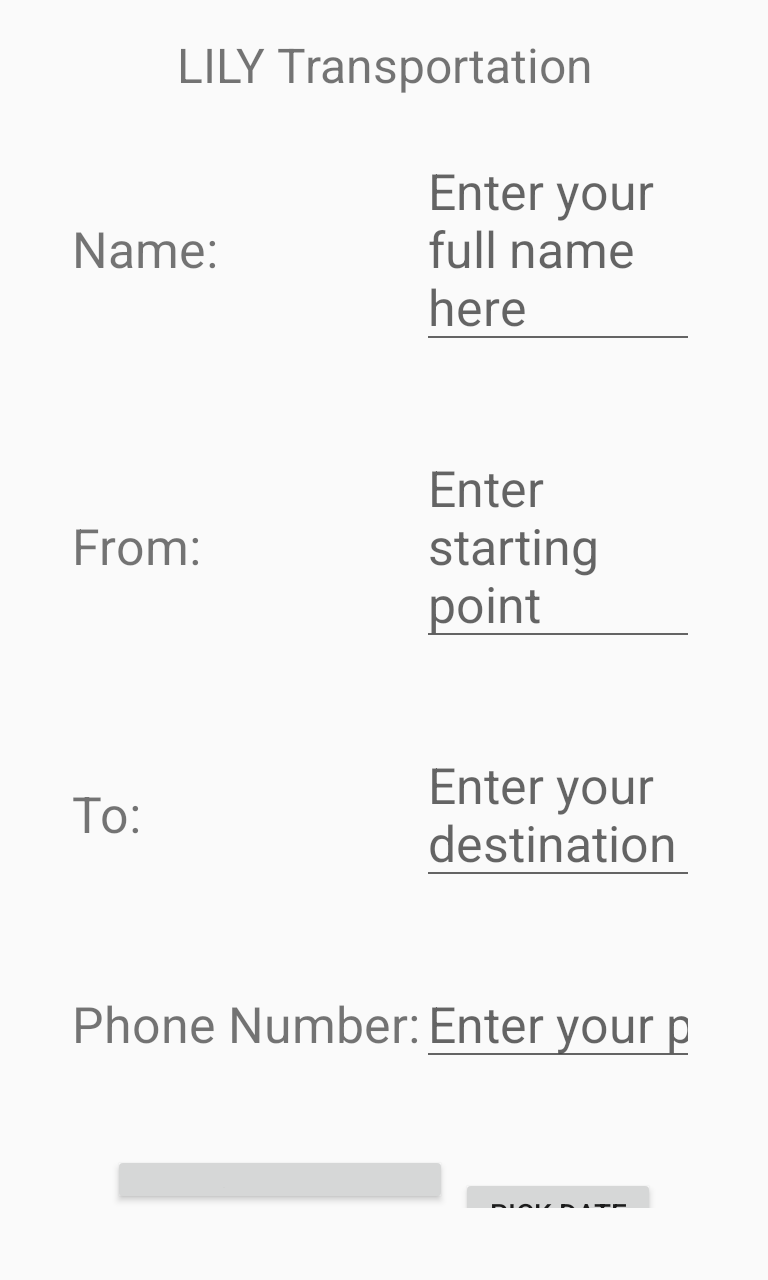
Repository: bwoldemi/LilyTrans
Layout: TransLily/res/layout/activity_main.xml
These files come from the project's save history. The layout is drawn as it stood at one moment and after the next save; the edit follows.
It is drawn on a 768 x 1280 px phone screen (xhdpi) without system bars, with theme AppTheme; the app's code is not run.

Above is the layout before, as saved 2014-09-20 10:24:48.

### TransLily/res/layout/activity_main.xml
<LinearLayout xmlns:android="http://schemas.android.com/apk/res/android"
    xmlns:tools="http://schemas.android.com/tools"
    android:layout_width="match_parent"
    android:layout_height="match_parent"
    android:paddingBottom="@dimen/activity_vertical_margin"
    android:paddingLeft="@dimen/activity_horizontal_margin"
    android:paddingRight="@dimen/activity_horizontal_margin"
    android:paddingTop="@dimen/activity_vertical_margin"
    tools:context="com.example.translily.MainActivity"
    android:orientation="vertical" >

    <TextView
        android:layout_width="fill_parent"
        android:layout_height="wrap_content"
        android:gravity="center"
        android:text="@string/lily"
        android:textSize="24sp"/>

    <TableLayout
        android:layout_width="match_parent"
        android:layout_height="match_parent" >

        <TableRow
            android:layout_width="wrap_content"
            android:layout_height="wrap_content"
            android:layout_margin="20sp" >

            <TextView
                android:layout_width="wrap_content"
                android:layout_height="wrap_content"
                android:text="@string/senior_name"
                android:textSize="25sp" />

            <EditText
                android:id="@+id/name"
                android:layout_width="0dp"
                android:layout_height="wrap_content"
                android:layout_weight="1"
                android:hint="@string/typein_name"
                android:textSize="25sp" />
        </TableRow>

        <TableRow
            android:layout_width="wrap_content"
            android:layout_height="wrap_content"
            android:layout_margin="20sp" >

            <TextView
                android:layout_width="wrap_content"
                android:layout_height="wrap_content"
                android:text="@string/starting_point"
                android:textSize="25sp" />

            <EditText
                android:id="@+id/from"
                android:layout_width="0dp"
                android:layout_height="wrap_content"
                android:layout_weight="1"
                android:hint="@string/starting_location"
                android:textSize="25sp" />
        </TableRow>

        <TableRow
            android:layout_width="wrap_content"
            android:layout_height="wrap_content"
            android:layout_margin="20sp" >

            <TextView
                android:layout_width="wrap_content"
                android:layout_height="wrap_content"
                android:text="@string/destination_point"
                android:textSize="25sp" />

            <EditText
                android:id="@+id/to"
                android:layout_width="0dp"
                android:layout_height="wrap_content"
                android:layout_weight="1"
                android:hint="@string/ending_location"
                android:textSize="25sp" />
        </TableRow>

        <TableRow
            android:layout_width="wrap_content"
            android:layout_height="wrap_content"
            android:layout_margin="20sp" >

            <TextView
                android:layout_width="wrap_content"
                android:layout_height="wrap_content"
                android:text="@string/contact_info"
                android:textSize="25sp" />

            <EditText
                android:id="@+id/phoneNumber"
                android:inputType="phone"
                android:layout_width="0dp"
                android:layout_height="wrap_content"
                android:layout_weight="1"
                android:hint="@string/phone_number"
                android:textSize="25sp" />
        </TableRow>

        <TableRow
            android:layout_width="match_parent"
            android:layout_height="match_parent"
            android:layout_margin="20sp"
            android:gravity="center_horizontal" >

            <Button
                android:layout_width="match_parent"
                android:layout_height="match_parent"
                android:onClick="showTimePickerDialog"
                android:text="@string/pick_time"
                android:layout_marginRight="5sp"
                android:textSize = "25sp" />

            <Button
                android:layout_width="match_parent"
                android:layout_height="wrap_content"
                android:onClick="showDatePickerDialog"
                android:text="@string/pick_date" />
        </TableRow>

        <TableRow
            android:layout_width="wrap_content"
            android:layout_height="wrap_content"
            android:layout_margin="20sp"
            android:gravity="center_horizontal" >

            <Button
                android:layout_width="wrap_content"
                android:layout_height="wrap_content"
                android:onClick="askForRide"
                android:text="@string/button_askride" />

            <Button
                android:layout_width="wrap_content"
                android:layout_height="wrap_content"
                android:onClick="offerRide"
                android:text="@string/button_offerride" />
        </TableRow>
    </TableLayout>

</LinearLayout>

### TransLily/res/values/strings.xml
<?xml version="1.0" encoding="utf-8"?>
<resources>

    <string name="app_name">TransLily</string>
    <string name="hello_world">Hello world!</string>
    <string name="action_settings">Settings</string>
    <string name="lily">LILY Transportation </string>
     <string name="starting_point">From: </string>
    <string name="starting_location">Enter starting point</string>
    <string name="destination_point">To: </string>
    <string name="ending_location">Enter your destination</string>
    <string name="senior_name"> Name: </string>
    <string name="typein_name"> Enter your full name here</string>
    <string name="contact_info"> Phone Number: </string>
    <string name="phone_number"> Enter your phone number here</string>
    <string name="button_askride"> Ask for ride</string>
    <string name="button_offerride"> Offer ride</string>
    <string name="pick_time"> Pick time </string>
    <string name="pick_date"> Pick date </string>
    <string name="title_activity_ask_ride">AskRideActivity</string>

</resources>

Loaded but not shown: TransLily/res/values/styles.xml (common file); TransLily/res/values-v11/styles.xml (common file); TransLily/res/values-v14/styles.xml (common file); TransLily/res/values/dimens.xml (common file); TransLily/res/values-w820dp/dimens.xml (common file)

After the next save:
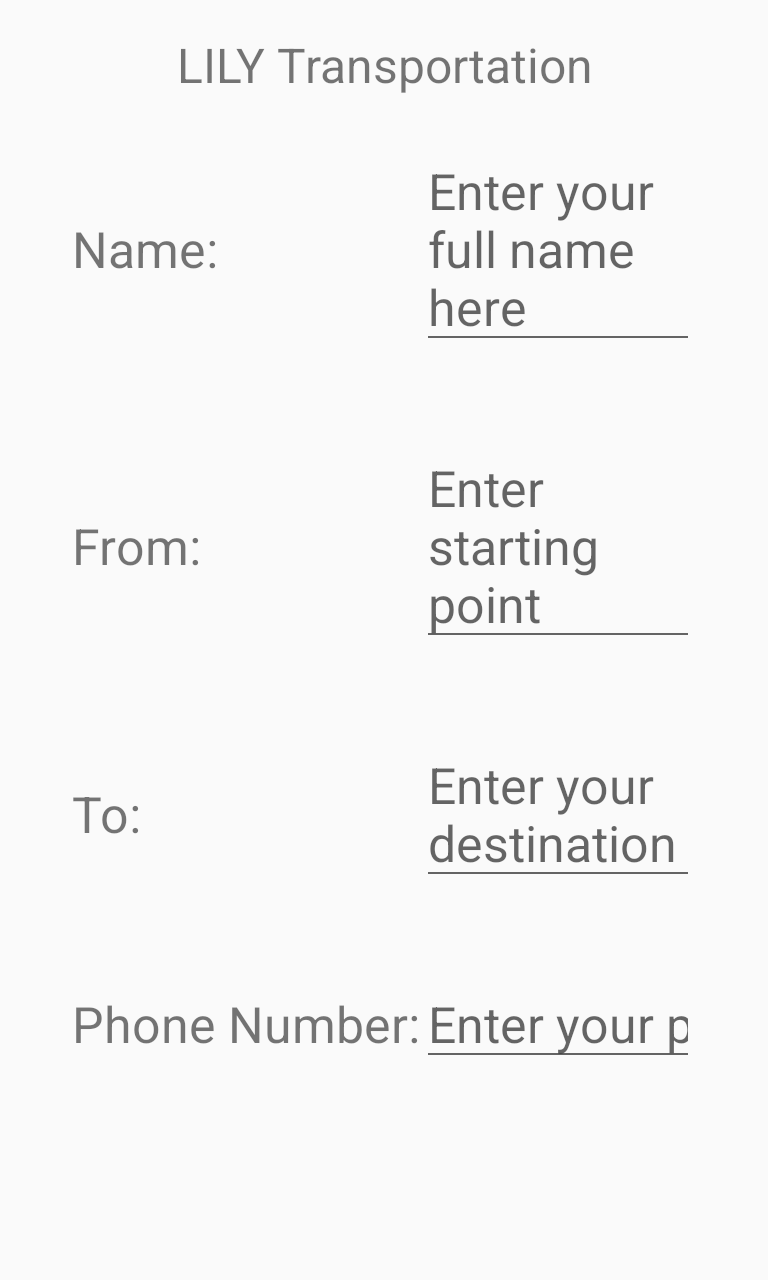
Saved 7 min 39 s later.
--- a/TransLily/res/layout/activity_main.xml
+++ b/TransLily/res/layout/activity_main.xml
@@ -101,7 +101,7 @@
                 android:textSize="25sp" />
         </TableRow>
 
-        <TableRow
+      <!--   <TableRow
             android:layout_width="match_parent"
             android:layout_height="match_parent"
             android:layout_margin="20sp"
@@ -120,9 +120,9 @@
                 android:layout_height="wrap_content"
                 android:onClick="showDatePickerDialog"
                 android:text="@string/pick_date" />
-        </TableRow>
+        </TableRow> -->
 
-        <TableRow
+      <!--   <TableRow
             android:layout_width="wrap_content"
             android:layout_height="wrap_content"
             android:layout_margin="20sp"
@@ -139,7 +139,7 @@
                 android:layout_height="wrap_content"
                 android:onClick="offerRide"
                 android:text="@string/button_offerride" />
-        </TableRow>
+        </TableRow> -->
     </TableLayout>
 
 </LinearLayout>
